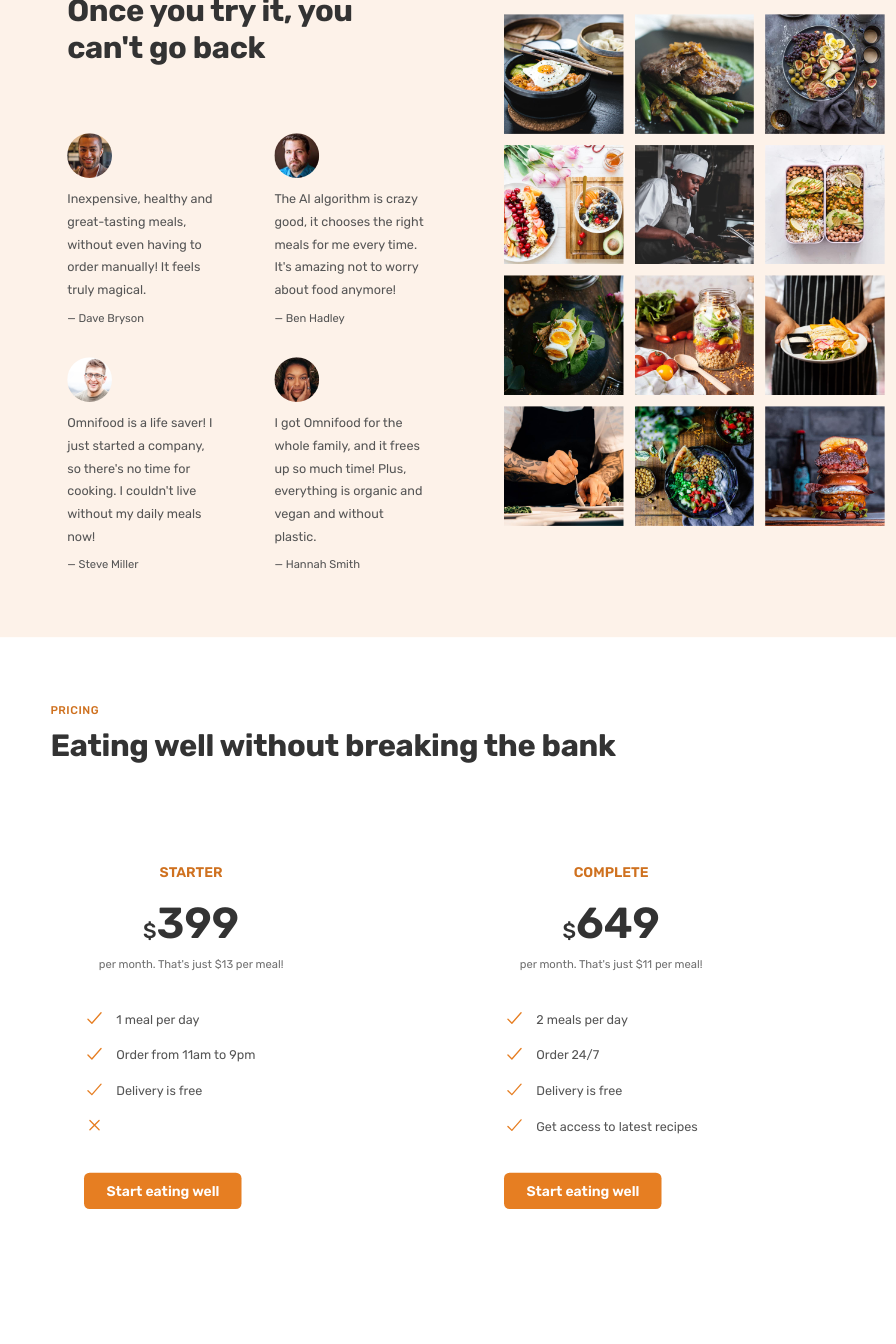
Repository: TranPhucThinh/Omnifood
Page: index.html
The author's editor kept a copy of each file at every save. The page is drawn from the files as they stood at one save, then again after the next save.
The browser window is 1280 px wide. The pictures show the part of the page from y = 3735 to 5655 px (the page is 5655 px tall), at 70% of full size.

Above is the page before, as saved 2022-08-06 23:05:10.

After the next save:
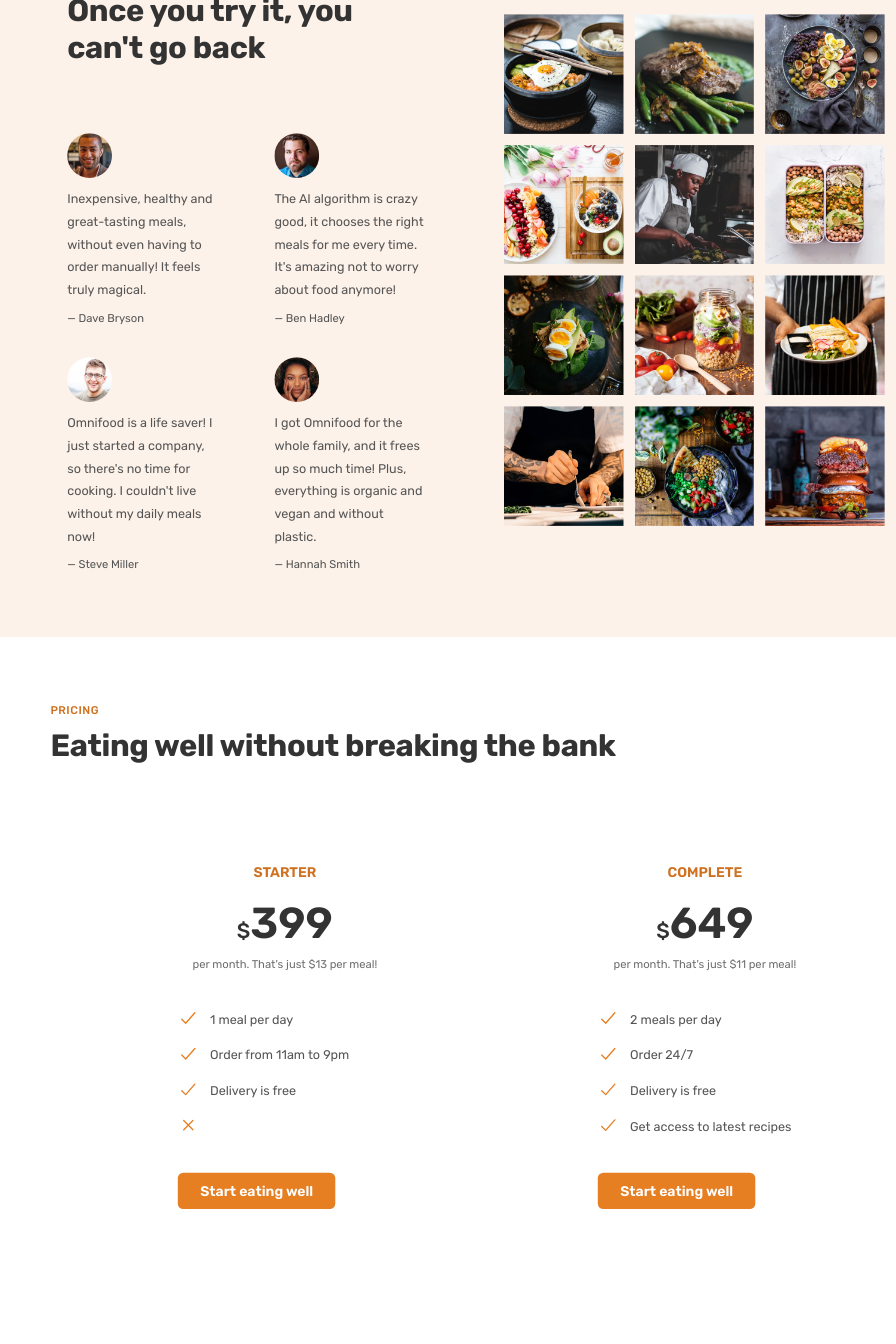
Saved 23 s later.
--- a/assets/styles/style.css
+++ b/assets/styles/style.css
@@ -359,6 +359,7 @@
 }
 
 .pricing-plan {
+  justify-self: end;
   width: 75%;
   padding: 4.8rem;
 }
